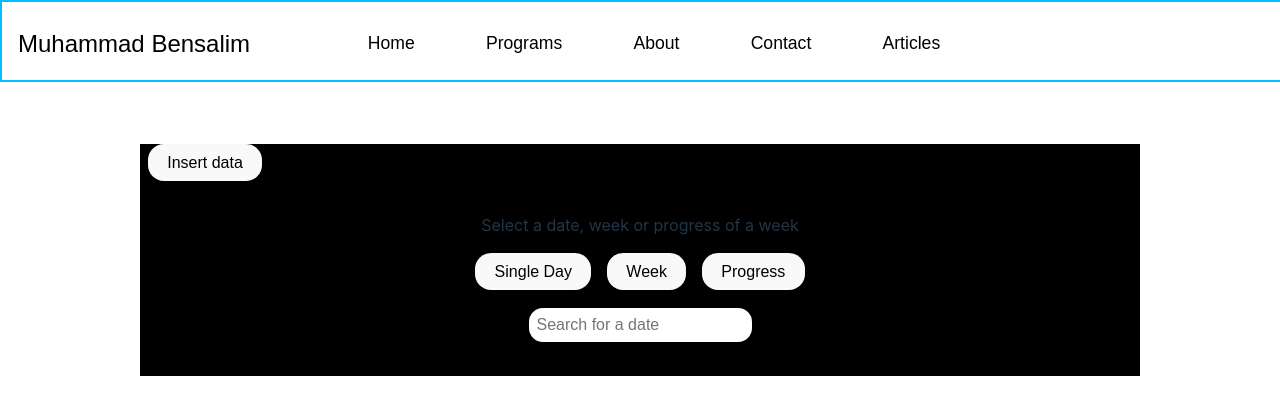
Repository: TMuse333/fitness_templates
Page: /progress, after clicking the first element matching `button`
These files come from the project's save history. The page is drawn as it stood at one moment and after a run of saves; the edit follows.
The browser window is 1280 px wide. The pictures show the whole page.
The project was rebuilt for these pictures with package versions that can differ from the ones it lists, and the page was loaded fresh each time. Also part of the build but not shown: vite.config.js, src/components/herobanner/herobanner.css, src/components/herobanner/herobanner.jsx, src/components/about/about.css, src/components/about/about.jsx, src/components/serviceOffering/serviceOffering.css, src/components/serviceOffering/serviceOffering.jsx, src/components/content/content.css and 37 more. Imported but missing from the stored project, and not drawn on this page: src/media/best_dunk.mp4.

Above is the page before, as saved 2024-03-14 18:29:43.

### src/main.jsx
import './index.css'
import * as React from 'react';
import { StrictMode } from 'react';
import { createRoot } from 'react-dom/client';
import { BrowserRouter } from 'react-router-dom';

import App from './App';
import { WorkoutProvider } from './context/context';

const rootElement = document.getElementById('root');
const root = createRoot(rootElement);

root.render(


  <WorkoutProvider>
  <StrictMode>
    <BrowserRouter>
      <App />
    </BrowserRouter>
  </StrictMode>
</WorkoutProvider>
);

### src/index.css
:root {
  font-family: Inter, system-ui, Avenir, Helvetica, Arial, sans-serif;
  line-height: 1.5;
  font-weight: 400;

  color-scheme: light dark;
  color: rgba(255, 255, 255, 0.87);
  background-color: #242424;

  font-synthesis: none;
  text-rendering: optimizeLegibility;
  -webkit-font-smoothing: antialiased;
  -moz-osx-font-smoothing: grayscale;
}

a {
  font-weight: 500;

  text-decoration: inherit;
}
a:hover {

}

body {
  margin: 0;
  display: flex;
  place-items: center;
  min-width: 320px;
  min-height: 100vh;
}

h1 {
  font-size: 3.2em;
  line-height: 1.1;
}

button {
/* border: none;
  padding: 0.6em 1.2em;
  font-size: 1em;
  font-weight: 500;
  font-family: inherit;

  cursor: pointer;
  transition: border-color 0.25s;
  transition: all 0.3s ease-in; */
  background-color: #00bfff;

  font-size: 1.5rem;
  border-radius: 1rem;
  padding: 0.6rem 1.2rem;
  font-weight: 500;
  border: none;
  margin: 0 auto;
}
button:hover {
  /* transform: scale(1.3); */

}
button:focus,
button:focus-visible {
  outline: 4px auto -webkit-focus-ring-color;
}

@media (prefers-color-scheme: light) {
  :root {
    color: #213547;
    background-color: #ffffff;
  }
  a:hover {
    color: #747bff;
  }
  button {
    background-color: #f9f9f9;
  }
}

### src/App.jsx
import { useState } from 'react'

import './App.css'
import Homepage from '../pages/homepage'
import Program from '../pages/program';
import { BrowserRouter as Router, Route, Routes } from 'react-router-dom';
import Contact from '../pages/contact';
import About from '../pages/about';
import Articles from '../pages/articles';
import Progress from '../pages/progress';
import { WorkoutProvider } from './context/context';


function App() {
  const [count, setCount] = useState(0)

  return (
    <>



    <Routes>
      <Route path='/'
        element={<Homepage/>}
        />
        <Route path='programs'
        element={<Program/>}
        />
        <Route path='contact'
        element={<Contact/>}
        />
        <Route path='about'
        element={<About/>}
        />
        <Route path='articles'
        element={<Articles/>}
        />
        <Route path='progress'
        element={<Progress/>}
        />
    </Routes>


    </>
  )
}

export default App

### src/App.css
#root {
  max-width: 1280px;
  margin: 0 auto;
  padding: 2rem;
  text-align: center;
}

.logo {
  height: 6em;
  padding: 1.5em;
  will-change: filter;
  transition: filter 300ms;
}
.logo:hover {
  filter: drop-shadow(0 0 2em #646cffaa);
}
.logo.react:hover {
  filter: drop-shadow(0 0 2em #61dafbaa);
}

.homepage{
  position: absolute;
  left:0;
  top:0;
  overflow-x: hidden;
  background: radial-gradient(circle at center, rgba(1, 181, 241, 0.7), rgba(24, 60, 84, 0.7));
}

.program-container, .personal-container, .articles-container
{
  position: absolute;
  top:0;
  left:0;
  overflow-x: hidden;
}

.progress-container{
  position: absolute;
  left:0;
  top:20%;
  overflow-x: hidden;
  display: flex;
  justify-content: center;
  width:100vw;
  align-items: center;
}

.program-video{
  background-color: red;
}

.questions-list{
  margin-bottom: 3rem;
}



@keyframes logo-spin {
  from {
    transform: rotate(0deg);
  }
  to {
    transform: rotate(360deg);
  }
}

@media (prefers-reduced-motion: no-preference) {
  a:nth-of-type(2) .logo {
    animation: logo-spin infinite 20s linear;
  }
}

.card {
  padding: 2em;
}

.read-the-docs {
  color: #888;
}

### pages/progress.jsx
import React, {useEffect}from "react";
import Navbar from "../src/components/navbar/navbar";
import Login from "../src/components/login/Login";
import Footer from "../src/components/footer/footer";
import Tracker from "../src/components/tracker/tracker";
import { useWorkout } from "../src/context/context";
import InsertData from "../src/components/insertData/insertData";
import { workoutData } from "../src/data/data";
import ExerciseDisplay from "../src/components/exerciseDisplay/ExerciseDisplay";


const Progress = () => {

    const links = [
        {
            dest:'/',
            name:'Home'
          },
        {
            dest:'/programs',
            name:'Programs'
        },
        {
            dest:'/about',
            name:'About'
        },
        {
            dest:'/contact',
            name:'Contact'
        },
        {
            dest:'/articles',
            name:"Articles"
        },

    ]

    const {loggedIn,setLoggedIn,viewData,insertData} =
    useWorkout()

    useEffect(() => {
        // Reset loggedIn to false when the component mounts
        setLoggedIn(false);
      }, []); // Empty dependency array ensures this effect runs only once



    return (
    <>
<Navbar links={links}
/>
<div className="progress-container"
>


       {/* <Login/> */}



       {/* <ExerciseDisplay
       workoutData={workoutData}
       /> */}



   {viewData ? (
    <Tracker/>
   ) : insertData ? (
   <InsertData/>
   ) : <Login/>}





       </div>

        </>

    )
}


export default Progress

### src/components/navbar/navbar.jsx
import React, { useState,useEffect } from 'react';
// import { FaArrowLeft, FaArrowRight } from 'react-icons/fa';
import { Link } from 'react-router-dom';
import './navbar.css'

import nobg from '../../media/quantum-striker-pose.png'





const Navbar = ({links,id}) => {
  const [subMenuVisible, setSubMenuVisible] = useState(false);
  const [isMobile, setIsMobile] = useState(true)
  const [hovered, setHovered] = useState(false)
  const [navHovered, setNavHovered] = useState(null)

  const handleMouseEnter = () => {
    setHovered(true)
  }

  const handleMouseLeave = () => {
    setHovered(false)
  }

  const handleNavEnter = (index) => {
    setNavHovered(index);
  };

  const handleNavLeave = () => {
    setNavHovered(null);
  };

  const toggleSubMenu = () => {

    setSubMenuVisible(!subMenuVisible);
  };


  useEffect(() => {
    // Function to update sub-menu visibility when the screen width changes
    const handleResize = () => {
      const screenWidth = window.innerWidth;
      setIsMobile(!(screenWidth >= 865)); // Set subMenuVisible to true if screen width is at least 415 pixels
    };

    // Add a resize event listener to update the sub-menu visibility
    window.addEventListener('resize', handleResize);

    // Initial call to set sub-menu visibility based on current screen width
    handleResize();

    // Clean up the event listener when the component unmounts
    return () => {
      window.removeEventListener('resize', handleResize);
    };
  }, []);

  const style = {
height: isMobile && !subMenuVisible ? '0px' :  isMobile ? '240px' : 'auto',
overflowY:'hidden',
width: isMobile ?'80px':'auto',
backgroundImage: isMobile ? 'linear-gradient(to right, #00bfff, #4db8ff, #64bcff, #00bfff)' : null,
transition: isMobile? 'height 0.3s ease-in,padding 0.3s ease-in' : null,
marginTop: isMobile ? '1rem' : null,
borderRadius:'10px',
paddingTop:subMenuVisible ?'1rem' : '0'



  };

  const navStyle = (index) => {

    return{
      backgroundColor: navHovered === index? '#00bfff' : null,
      padding:'0 0.55rem 0 0.55rem',
      borderRadius:'7px',
      // color:navHovered === index? '#6c5933' : null,
    }
  }

  const logoStyle = {
    transform: hovered || subMenuVisible? 'scale(1.3)' : 'scale(1)',
    width:'50px',
    transition:'all ease-in 0.3s',
    backgroundColor:'transparent',
    marginTop:'-1rem'
  }

  return (

    <div className='navbar-container'
    id={id}>
    <p
          className='big-logo'
          style={logoStyle}
          />
    <div className='navbar-logo'>

   <Link to='/'
   className='home-nav'>


        <p className='navbar-logo'
      >Muhammad Bensalim</p>
       </Link>

      </div>




      <div className='list-container'>
        <button onClick={toggleSubMenu}

        className='mini-logo'

        >



       <img style={logoStyle}
       onMouseEnter={handleMouseEnter}
       onMouseLeave={handleMouseLeave}
       src={nobg}

 />
        </button>
        <ul
        className='nav-list'
        style={style}

         >

          {links.map((link,index) => (
            <Link to={link.dest}
            key={index}
            className='nav-link'>
                <li
                onMouseEnter={()=>handleNavEnter(index)}
                onMouseLeave={()=>handleNavLeave()}
                style={navStyle(index)}>
                  {link.name}
                </li>
            </Link>
          ))}

        </ul>
      </div>




       </div>

  );
};

export default Navbar;

### src/components/login/Login.jsx
import React, { useState } from "react";
import { useWorkout } from "../../context/context";
import Footer from "../footer/footer";
import "./login.css";

const Login = () => {
  const { loggedIn, setLoggedIn,
setViewData, setInsertData } = useWorkout();

  const [username, setUsername] = useState("");
  const [password, setPassword] = useState("");
  const [error, setError] = useState("");
  const [rememberMe, setRememberMe] = useState(false);
  const [showOptions, setShowOptions] = useState(true);

  const handleSubmit = (event) => {
    event.preventDefault();

    // Check if the entered credentials match the correct ones
    if (username === credentials.username && password === credentials.password) {
      setLoggedIn(true);
      setError("");
      setShowOptions(true); // Show options after successful login
    } else {
      // Display error message for unrecognized username or incorrect password
      setError("Invalid username or password");
    }
  };

  const handleViewData = () => {
    setViewData(true)
    // Handle action for viewing data
    console.log("View data clicked");
  };

  const handleInsertData = () => {
    setInsertData(true)
    // Handle action for inserting data
    console.log("Insert data clicked");
  };

  const credentials = {
    username: "tom",
    password: "realOne33",
  };

  return (
    <>

{!showOptions ? (



      <div className="login-container">
        <h2>Log in</h2>
        <div className="login-box">
          <form onSubmit={handleSubmit}>
            <div className="form-group">
              <input
                type="text"
                id="username"
                name="username"
                placeholder="Username"
                value={username}
                onChange={(e) => setUsername(e.target.value)}
              />
            </div>

            <div className="form-group">
              <input
                type="password"
                id="password"
                name="password"
                placeholder="Password"
                value={password}
                onChange={(e) => setPassword(e.target.value)}
              />
            </div>

            {error && <p className="error-message">{error}</p>}

            <div className="remember-me">
              <label>
                <input type="checkbox" />
                Remember me
              </label>
            </div>

            <button className="login-button" type="submit">
              Log in
            </button>
          </form>
        </div>
        <p>New user? Click here</p>
        <p>Forgot password? Click here</p>
      </div>

) : (
    <div className="tracker-options-container">
      <h2>Welcome, {username}!</h2>
      <p>What would you like to do?</p>

      <button style={{
        marginRight:'1rem'
      }}
      onClick={handleViewData}>View Data</button>
      <button style={{
        marginLeft:'1rem'
      }}
       onClick={handleInsertData}>Insert Data</button>
    </div>
  )
}


    </>
  );
};

export default Login;

### src/components/tracker/tracker.jsx
import React, {useState,useEffect} from "react";
import DatePicker from "react-datepicker";
import "react-datepicker/dist/react-datepicker.css";
import { useWorkout } from "../../context/context";
import "./tracker.css";
import { FaArrowRight } from 'react-icons/fa';
import { FaArrowLeft } from "react-icons/fa";
import ExerciseDisplay from "../exerciseDisplay/ExerciseDisplay";

const Tracker = () => {
  const {
    selectedDate,
    handleDateChange,
    handleWeekSelection,
    handleDateSelection,
    filteredWorkouts,
    calculateProgress,
    handleProgressSelection,
    weeklyProgressSelected,
    progressData,
    dateSelected,
    weekSelected,
    handleReturnClick,
    setViewData,
    setInsertData
  } = useWorkout();

  const [selectedExerciseIndex, setSelectedExerciseIndex] = useState(0);

const handleViewData = () => {
setInsertData(true)
    setViewData(false)
}

  const progressDataLength = progressData.length;

  const nextExercise = () => {
    // Increment the index, and loop back to 0 if at the end
    setSelectedExerciseIndex((prevIndex) => (prevIndex + 1) % progressDataLength);
  };

  const prevExercise = () => {
    // Decrement the index, and loop to the end if at the beginning
    setSelectedExerciseIndex((prevIndex) => (prevIndex - 1 + progressDataLength) % progressDataLength);
  };

  const trackerText =
  dateSelected ? 'Select which day you want to view' :
  weekSelected ? 'Select the week you want to view' :
  weeklyProgressSelected ? 'Select the week of progress you want to view' :
  'Select a date, week or progress of a week'

  useEffect(()=> {
    console.log('filtered data:',filteredWorkouts)
  },[filteredWorkouts])


  return (
    <div className="tracker-container">
        <button onClick={handleViewData}
        className="tracker-button tracker-insert-button">
            Insert data
        </button>
      <p>{trackerText}</p>
      <div >
        <button className="tracker-button"
         onClick={handleDateSelection}>Single Day</button>
        <button className="tracker-button"
         onClick={handleWeekSelection}>Week</button>
        <button className="tracker-button"
        onClick={handleProgressSelection}>Progress</button>
      </div>


    <form className="tracker-form">
    <DatePicker
      placeholderText="Search for a date"
      selected={selectedDate}
      onChange={handleDateChange}
      className="date-picker"
    />
  </form>




      {filteredWorkouts.length > 0 &&   !weeklyProgressSelected  ?(
       <div>

       <button onClick={handleReturnClick}
       className='tracker-button'
       >Back</button>

       <ExerciseDisplay
       workoutData={filteredWorkouts}
       />

        {/* <div className="workout-boxes">

          {filteredWorkouts.map((workout, index) => (
            <div key={index} className="exercise-date">
                <h2>
                {workout.date.toDateString()}
                </h2>

              <div className="exercise-boxes">

              {workout.exercises.map((exercise, exerciseIndex) => (
                <div key={exerciseIndex} className="exercise-box">
                  <strong>Exercise:</strong> {exercise.name}
                  {exercise.sets.map((set, setIndex) => (
                    <div key={setIndex}>
                      <strong>Set {setIndex + 1}:</strong> Weight: {set.weight}, Reps: {set.reps}
                    </div>
                  ))}
                </div>
              ))}
              </div>

            </div>

          ))}
        </div> */}
        </div>
      ) : dateSelected ? (
        <p>No workout done on this day</p>
      ) : null}

      {/* Render progress data */}

      {weeklyProgressSelected && (
      <div className="weekly-progress-container">

        <button onClick={handleReturnClick}
        className="tracker-button">Return</button>

        <div className="progress-nav">

        <button className="progress-button"
        onClick={prevExercise} disabled={progressDataLength <= 1 || selectedExerciseIndex === 0}>
          <FaArrowLeft/>
        </button>

        <h2>Weekly Progress</h2>

        <button className="progress-button"
        onClick={nextExercise} disabled={progressDataLength <= 1 || selectedExerciseIndex === progressDataLength - 1}>
          <FaArrowRight/>
        </button>
            </div>



<div className="tracker-progress-boxes">

{progressData.map((exercise, index) => (
      // Only display the selected exercise
      (index === selectedExerciseIndex && (
        <div key={exercise.name} className="exercise-progress">
          <h3>{exercise.name}</h3>

<div className="workout-progress-boxes">

          {exercise.workouts.map((workout) => (
            <div key={workout.date} className="workout-progress">
              <p>Date: {workout.date.toLocaleDateString()}</p>

              {workout.sets.map((set, setIndex) => (
                <div key={setIndex} style={{ marginBottom: '0.52rem' }}>
                  Set {setIndex + 1}: {set.weight}lbs for {set.reps}
                </div>
              ))}

              <p>Total weight: {workout.totalWeight}lbs</p>

            </div>
          ))}
              </div>
        </div>
      ))
    ))}
        </div>



      </div>
    )}


    </div>
  );
};

export default Tracker;

### src/components/navbar/navbar.css
/* Add this to your navbar.css file */

.navbar-container{


    position: fixed;
     width: 100vw;

     top: 0px;
     left:0px;
     background:rgba(255, 255, 255, 0.7) ;

     height: 70px;
     z-index: 30;
  padding-top: 0.5rem;
  border-bottom: 2px solid #333;

    border: 2px solid #00bfff;

   }

   #overview-nav{
    background: radial-gradient(circle at center, rgba(0, 153, 205, 0.7), rgba(48, 115, 160, 0.9));
   }

   .big-logo{
     display: none;
   }

   .list-container {
    color:white;
    transform: translateY(-2.5rem);
    width:min-content;
    margin-left: auto;
    /* background-color: #BE9F5B; */
    margin-right: 2rem;
  /* background: linear-gradient(to right, #6c5933, #be9f5b, #6c5933);; */



   }

   .nav-list{
     /* margin-right: 2rem; */
     width: 50px;
     align-items: center;
     display:flex;
     flex-direction: column;
     margin-right: -1.5rem;
     color:black;
     /* background-color: #BE9F5B;
     background: linear-gradient(to right, #6c5933, #be9f5b, #6c5933); */
   }

   .home-nav{
    text-decoration: none;
   }

   .list-container li{
     list-style-type: none;
     /* transform: translateX(-25%); */
     padding:10px;
     color:black;
     font-weight: 500;
     transform: translateX(-1rem);
     font-family: 'Palatino Sans', 'Palatino Sans Informal', 'Palatino Sans Text', 'Palatino Sans W1G', 'Palatino Sans W01', sans-serif;
    text-decoration: none;
    margin-top: 0.5rem;
    margin-bottom: 1rem;
    /* color:white; */



     /* margin-top: -2rem; */

   }

   .list-container li a {
    text-decoration: none;
    color:white;
   }

   .mini-logo {
     display: flex;
     justify-content: center;
     align-items: center;
     margin-top: -1rem;
     height: 2.5rem;
     width: 2rem; /* Set the width and height to make it a perfect circle */
     padding: 0; /* Remove padding */
     border-radius: 50%; /* Make it circular */
     margin-left: auto;

     /* margin-right: auto; */
     background-color: transparent;
     border-color: transparent;



   }

   .navbar-logo{
     color:black;
     text-align: left;
     margin-left: 0.5rem;
     font-family: 'Abhaya Libre', sans-serif;
     font-size: 1.3rem;
     margin-top: 1.3rem;
     /* background-color: #BE9F5B; */
     /* background-image: url(src/media/SAINEY-MEDIA.png); */

   }

   .nav-button::before,
   .nav-button::after {
     content: '';
     position: absolute;
     background-color: #d15959; /* Set the color of the lines */
     height: 2px; /* Set the height of the lines */
     width: 10%; /* Set the width of the lines */
   }

   .nav-button::before {
     top: 5%;
   }

   .nav-button::after {
     top: 8%;
   }

  .nav-link{
  text-decoration: none;
  color:white;
  }

  @media screen and (min-width:400px){
    .mini-logo{
      margin-right: 1.5rem;
    }
  }



   @media screen and (min-width: 865px)  {
     .nav-list {
       display: flex;
       width:max-content;
       flex-direction: row;
       justify-content: space-between;
       padding:0 5px 0 5px;
       margin-top: -0.8rem;
       height:100%;
       /* transform: translateX(1rem); */
       /* background-color: rgb(38, 37, 79); */
       /* background-color: #d15959; */




       /* background-color: ; */
     }

     /* .navbar-container{
      width:98vw;
     } */

     .list-container{
      width:45vw;
      margin-top: -1.5rem;
     }

     .list-container li{
      font-size: 1.1rem;
      font-weight: 400;
     }



     .nav-button{
       /* display: none; */
     }

     .list-container li{
       transform: translateX(0rem);
       white-space: nowrap;
       padding:0;
     }

     .list-container{

       margin-left: auto;
       margin-right: auto;
     }

     .mini-logo{
       display: none;
     }

     .navbar-logo{
      font-size: 1.5rem;
      margin-top: 1rem;
     }

     .big-logo{
       position: absolute;
       right:2rem;
       display: flex;
       top:1rem;
     }

     /* .navbar-logo{
       display: none;
     } */
   }

### src/components/tracker/tracker.css
.workout-boxes{
    margin: 0 auto;
}

.tracker-container{
    width:80vw;
    display: flex;
    flex-direction: column;
    justify-content: center;
    position: relative;
    background-color: black;
    max-width: 1000px;
}

.exercise-box{
    border: 2px solid white;
    margin-bottom: 1.5rem;
    padding: 1rem;
}

.exercise-date{
margin: 1rem auto;
}

.tracker-button  {
    font-size: 0.75rem;
    margin: 0 0.5rem 1rem 0.5rem;
    transition: all 0.3s ease-out;
    align-items: center;
    width:fit-content;

}

.tracker-button:hover{
    transform: scale(1.2);
}

.exercise-sets{
    margin-bottom: 1rem;
}



.date-picker{
    font-size: 1rem;
    padding:0.5rem;
    border-radius: 1rem;
    border: 2px solid black;
    position: relative;
    z-index: 2;
}

.tracker-form{
    margin-bottom: 2rem;
}

.workout-progress{
   border:2px solid white;
   margin-bottom: 2rem;
   padding-bottom: 2rem;
   width:90vw;
   margin-left:auto;
   margin-right: auto;
   /* max-width: 200px; */
}

.progress-nav{
    display: flex;
    align-items: center;

justify-content: center;
width:90vw;
margin: 0 auto;
}

.progress-button{
    font-size: 1rem;
    color:white;
    background-color: transparent;
}

@media screen and (min-width:655px){

    .tracker-button{
        font-size: 1rem;
    }
    .tracker-progress-boxes{
        display: flex;
        flex-direction: column;
       /* grid-template-columns: repeat(auto-fill,minmax(33%,1fr)); */
        margin: 0 auto;
        width:100vw;
        justify-content: center;
        align-items: center;
        /* background-color: rgb(39, 30, 30); */

    }

    .workout-progress-boxes{
        display: grid;
        grid-template-columns: repeat(auto-fill,minmax(33%,1fr));
        width:100vw;
        max-width: 1500px;

    }

    .workout-progress{
        width:30vw;
        max-width: 460px;
    }

    .exercise-box{
        width:25vw;
        max-width: 390px;
        margin: 0 auto 2rem auto;
        height:25vw;
        max-height: 250px;
    }

    .exercise-boxes{
        display: grid;
        grid-template-columns: repeat(auto-fill,minmax(33%,1fr));
        width:100vw;
        /* background-color: rgb(40, 20, 20); */
        align-items: center;
        justify-content: center;

    }

    .progress-nav{
        margin:0 auto;
        max-width: 500px;
    }
}

Loaded but not shown: index.html (common file); src/data/data.js (487 lines, source omitted); src/context/context.jsx (238 lines, source omitted)

After the next 2 saves:
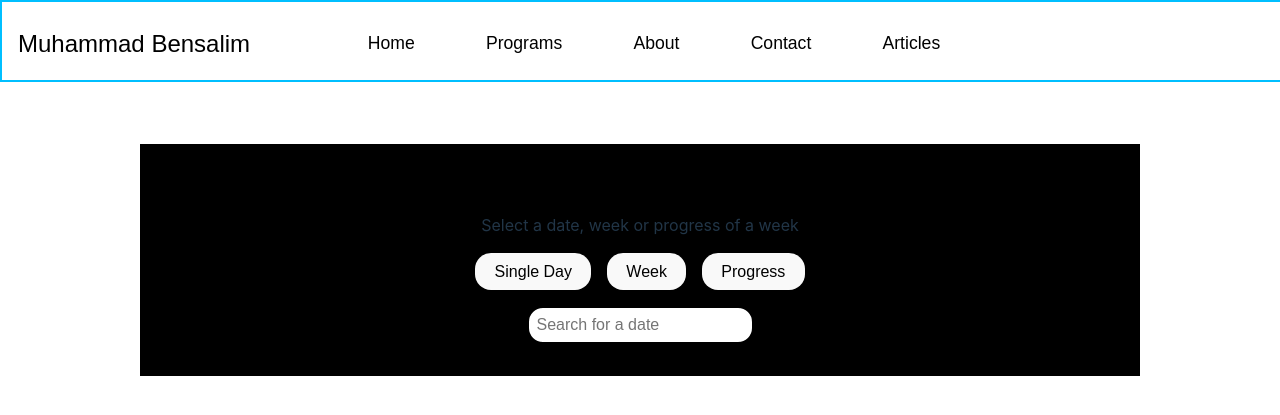
The 2 saves are shown as one change because they came seconds apart.
The last was saved 20 s later.
--- a/src/components/tracker/tracker.css
+++ b/src/components/tracker/tracker.css
@@ -78,6 +78,9 @@ margin: 0 auto;
     color:white;
     background-color: transparent;
 }
+.tracker-insert-button{
+    background-color: transparent;
+}
 
 @media screen and (min-width:655px){
 
